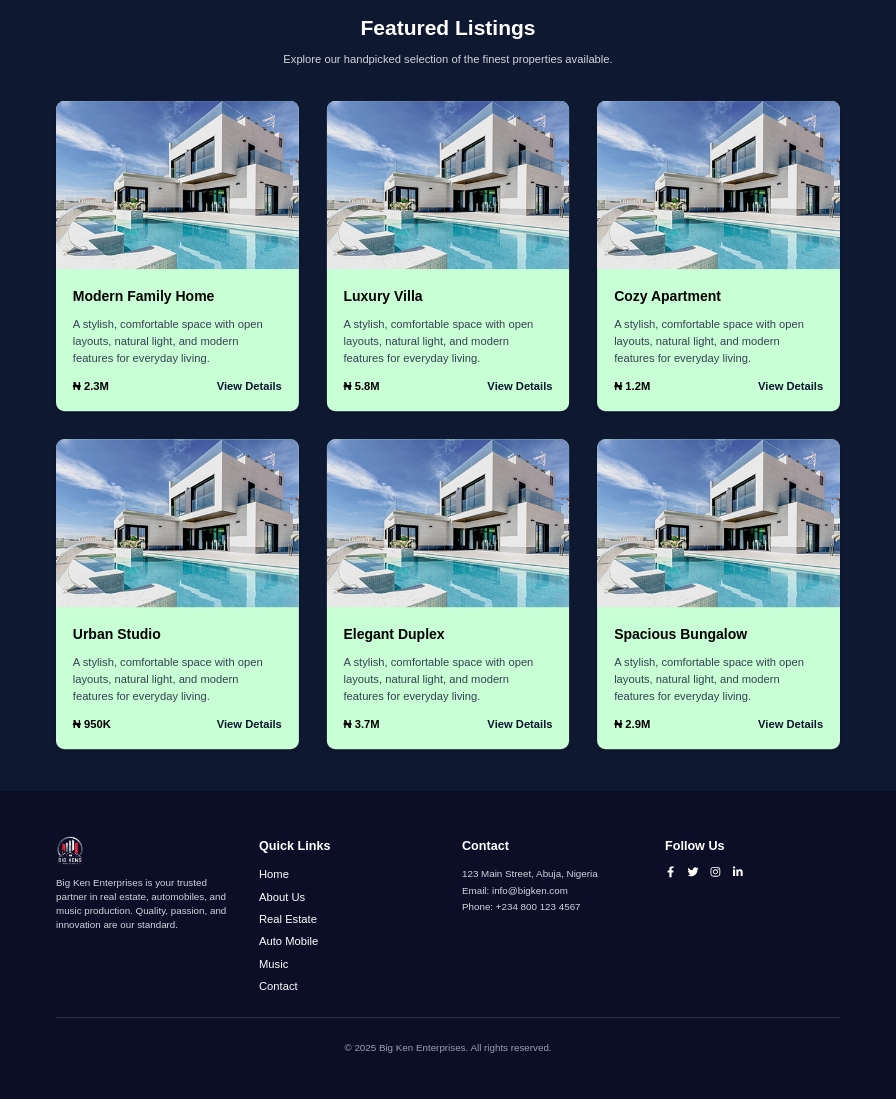
Repository: techvaro/Big-kens-realty-Frontend-react-
Page: /real-estate (app in big-kens-realty/)
These files come from the project's save history. The page is drawn as it stood at one moment and after the next save; the edit follows.
The browser window is 1280 px wide. The pictures show the part of the page from y = 739 to 2659 px (the page is 2309 px tall before and 2659 px after), at 70% of full size.
The project was rebuilt for these pictures with package versions that can differ from the ones it lists, and the page was loaded fresh each time. Also part of the build but not shown: big-kens-realty/vite.config.js, big-kens-realty/src/components/Home/hero.jsx, big-kens-realty/src/components/Home/Services.jsx, big-kens-realty/src/components/Home/Stats.jsx, big-kens-realty/src/components/Home/About.jsx, big-kens-realty/src/components/Home/FeaturedProperties.jsx, big-kens-realty/src/components/Home/AutoMobileSale.jsx, big-kens-realty/src/components/Home/RecentProductions.jsx and 7 more.

Above is the page before, as saved 2025-12-09 23:51:46.

After the next save:
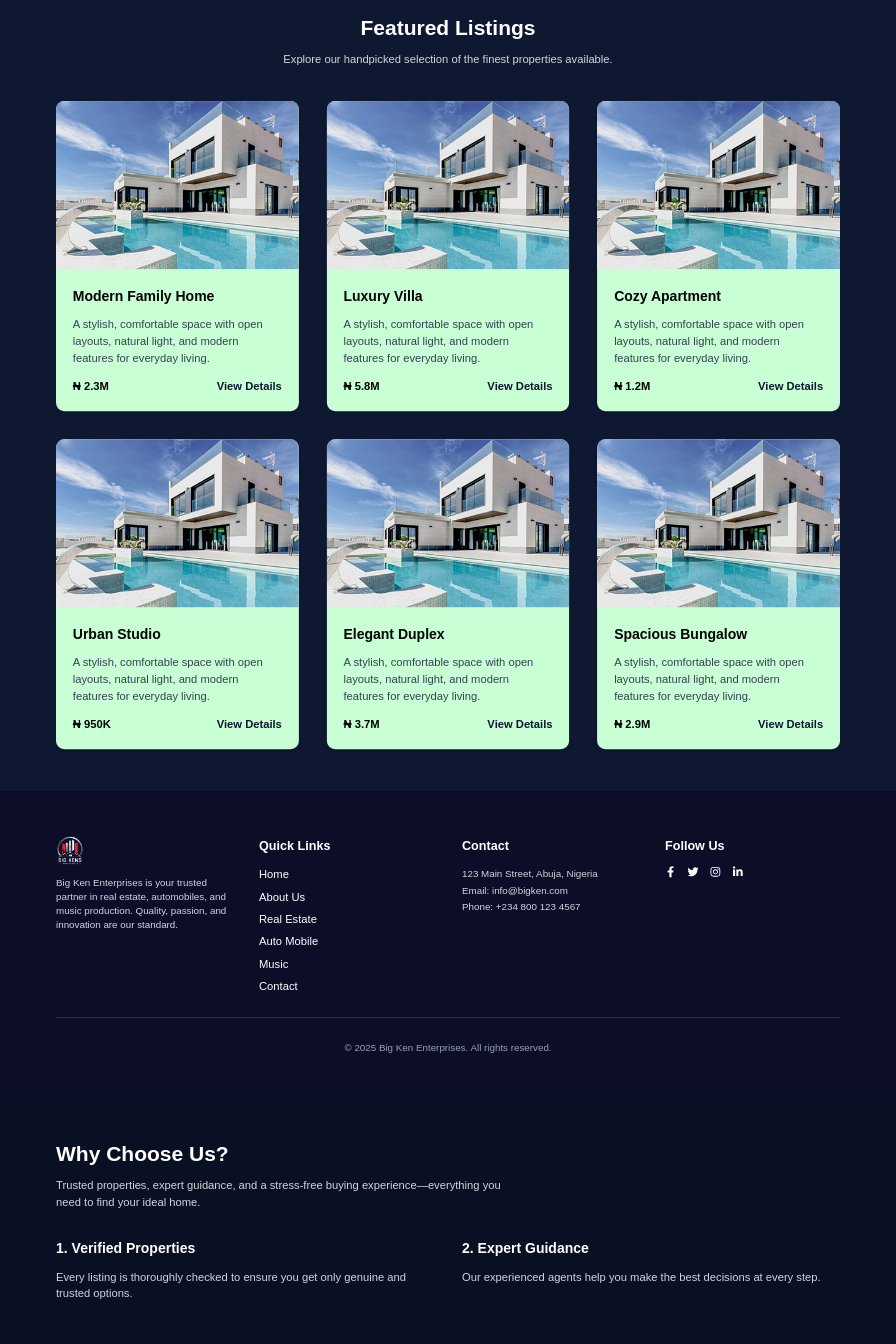
Saved 30 s later.
--- a/big-kens-realty/src/Pages/realestate.jsx
+++ b/big-kens-realty/src/Pages/realestate.jsx
@@ -2,6 +2,7 @@ import Navbar from "../components/navbar/navbar";
 import Hero from "../components/realestate/Hero";
 import Listings from "../components/realestate/Listings";
 import Footer from "../components/Footer/Footer";
+import Choose from "../components/realestate/Choose";
 
 export default function estate() {
   return (
@@ -13,6 +14,8 @@ export default function estate() {
       <Listings />
 
       <Footer />
+
+      <Choose />
     </>
   );
 }
